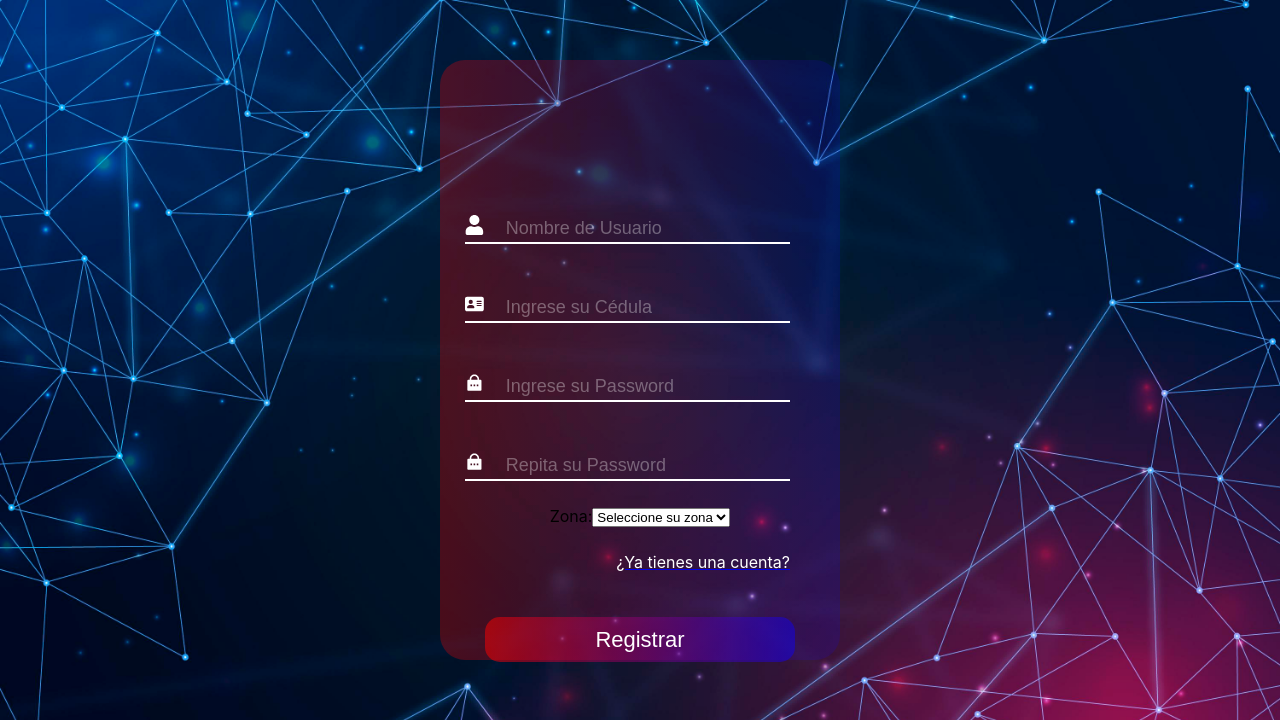
Repository: Davic1o/municipio
Page: /Registro
These files come from the project's save history. The page is drawn as it stood at one moment and after the next save; the edit follows.
The browser window is 1280 px wide. The pictures show the whole page.
The project was rebuilt for these pictures with package versions that can differ from the ones it lists, and the page was loaded fresh each time. Also part of the build but not shown: src/pages/Login/Login.jsx, src/pages/Administrador/Admin.jsx, src/pages/Coord/Coord.jsx, src/pages/User/User.jsx, src/pages/ConfirmacionRegistro/ConfirmacionRegistro.jsx.

Above is the page before, as saved 2024-02-06 20:19:35.

After the next save:
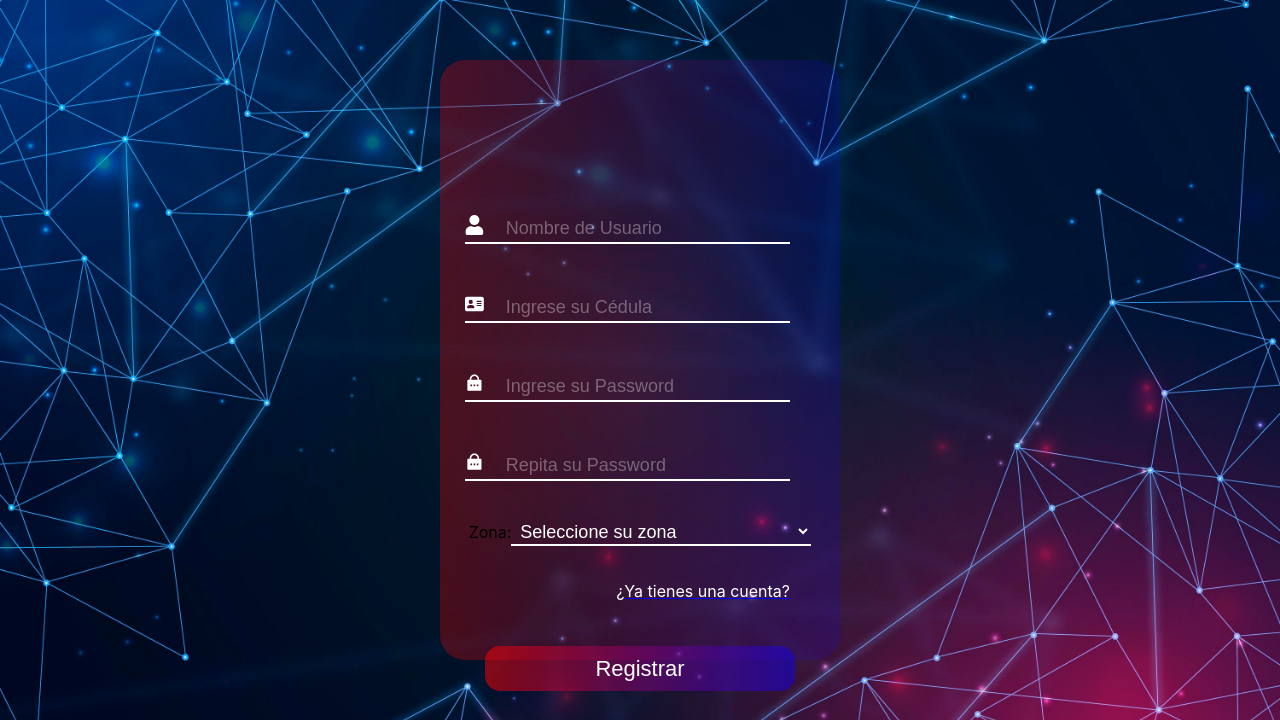
Saved 46 s later.
--- a/src/pages/Register/register.css
+++ b/src/pages/Register/register.css
@@ -8,7 +8,7 @@
 .register__formulario{
     margin-top: 130px;
 }
-.contenedor__registrar select {
+.contenedor__zona select {
     width: 300px;
     height: 30px;
     font-size: 18px;
@@ -22,12 +22,12 @@
   }
 
   /* Estilos adicionales para resaltar el texto del placeholder */
-  .contenedor__registrar select::placeholder {
+  .contenedor__zona select::placeholder {
     color: rgba(255, 255, 255, 0.336);
     font-size: 18px;
   }
 
-  .contenedor__registrar select:focus {
+  .contenedor__zona select:focus {
     outline: none;
     border-bottom: 2px solid blue; /* Cambia el color del borde cuando el select está enfocado */
   }
